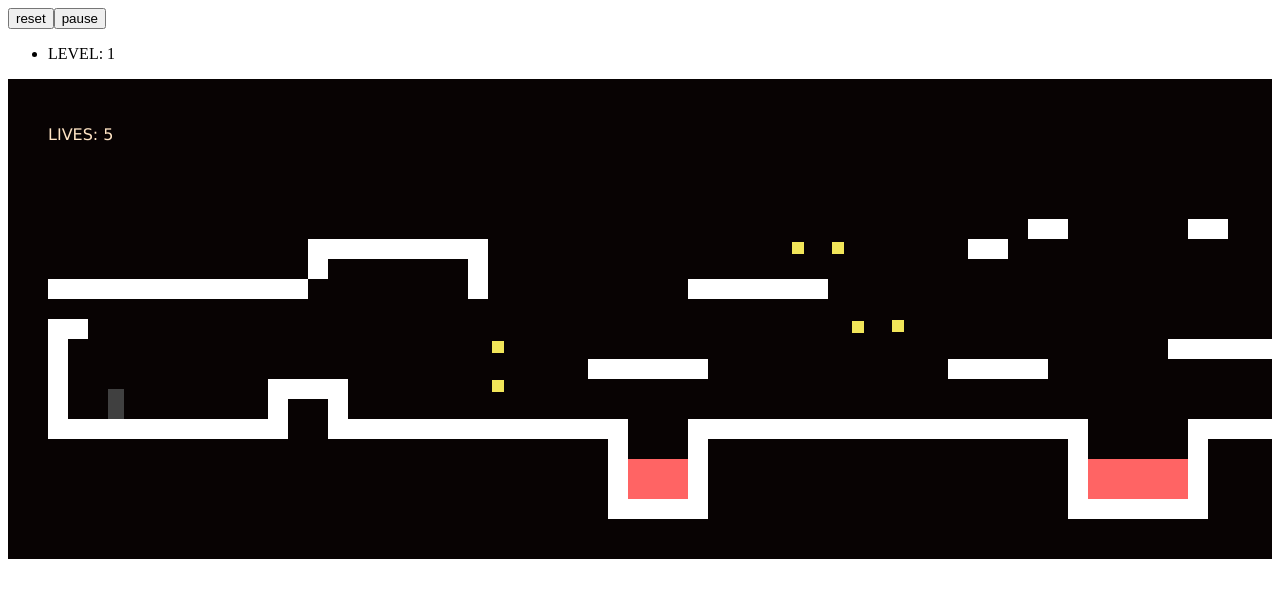
Repository: luccas-teddy/examenlucas
Page: index.html
An editor plug-in stored every save of this project. The page is shown before and after the next save, followed by the edit.
The browser window is 1280 px wide. The pictures show the whole page.

Above is the page before, as saved 2021-02-11 22:53:03.

### index.html
<!doctype html>
<table>
<tr>
  <button id="reset" class="gamebutton" onclick="this.blur();">reset</button>
  <button id="pause" class="gamebutton" onclick="this.blur();">pause</button>
</tr>


<ul>
  <li id="lives" class="statss">LIVES: 5</li>
  <li id="level" class="stats">LEVEL: 1</li>
</ul>
</table>


<script src="code/chapter/16_game.js"></script>
<script src="code/levels.js"></script>

<link rel="stylesheet" href="css/game.css">

<body>
  <script>
    runGame(GAME_LEVELS, DOMDisplay);
  </script>
</body>

### code/levels.js
var GAME_LEVELS = [`
................................................................................
................................................................................
................................................................................
................................................................................
................................................................................
................................................................................
..................................................................###...........
...................................................##......##....##+##..........
...............#########...............o.o......##...............#+++#..........
...............#.......#.........................................##+##..........
..#############........#..........#######.........................#v#...........
............................................................................##..
..##......................................o.o................................#..
..#.....................o.................................######.............#..
..#..........................######............#####.....................o.#..
..#..........####.......o....................................................#..
..#..@.......#..#................................................#####.......#..
..############..###############...####################.....#######...#########..
..............................#...#..................#.....#....................
..............................#+++#..................#+++++#....................
..............................#+++#..................#+++++#....................
..............................#####..................#######....................
................................................................................
................................................................................
`,`
................................................................................
................................................................................
....###############################.............................................
...##.............................##########################################....
...#.......................................................................##...
...#....o...................................................................#...
...#................................................=.......................#...
...#.o........################...................o..o...........|........o..#...
...#.........................#..............................................#...
...#....o....................##########.....###################....##########...
...#..................................#+++++#.................#....#............
...###############....oo......=o.o.o..#######.###############.#....#............
.....#...............o..o.............#.......#......#........#....#............
.....#....................#############..######.####.#.########....########.....
.....#.............########..............#...........#.#..................#.....
.....#..........####......####...#####################.#..................#.....
.....#........###............###.......................########....########.....
.....#.......##................#########################......#....#............
.....#.......#................................................#....#............
.....###......................................................#....#............
.......#...............o...........................................#............
.......#...............................................o...........#............
.......#########......###.....############.........................##...........
.............#..................#........#####....#######.o.........########....
.............#++++++++++++++++++#............#....#.....#..................#....
.............#++++++++++++++++++#..........###....###...####.o.............#....
.............####################..........#........#......#.....|.........#....
...........................................#++++++++#......####............#....
...........................................#++++++++#.........#........@...#....
...........................................#++++++++#.........##############....
...........................................##########...........................
................................................................................
`,`
......................................#++#........................#######....................................#+#..
......................................#++#.....................####.....####.................................#+#..
......................................#++##########...........##...........##................................#+#..
......................................##++++++++++##.........##.............##...............................#+#..
.......................................##########++#.........#....................................o...o...o..#+#..
................................................##+#.........#.....o...o....................................##+#..
.................................................#+#.........#................................###############++#..
.................................................#v#.........#.....#...#........................++++++++++++++##..
.............................................................##..|...|...|..##............#####################...
..............................................................##+++++++++++##............v........................
...............................................................####+++++####......................................
...............................................#.....#............#######........###.........###..................
...............................................#.....#...........................#.#.........#.#..................
...............................................#.....#.............................#.........#....................
...............................................#.....#.............................##........#....................
...............................................##....#.............................#.........#....................
...............................................#.....#......o..o.....#...#.........#.........#....................
...............#######........###...###........#.....#...............#...#.........#.........#....................
..............##.....##.........#...#..........#.....#.....######....#...#...#########.......#....................
.............##.......##........#.o.#..........#....##...............#...#...#...............#....................
.....@.......#.........#........#...#..........#.....#...............#...#...#...............#....................
....###......#.........#........#...#..........#.....#...............#...#####...######......#....................
....#.#......#.........#.......##.o.##.........#.....#...............#.....o.....#.#.........#....................
++++#.#++++++#.........#++++++##.....##++++++++##....#++++++++++.....#.....=.....#.#.........#....................
++++#.#++++++#.........#+++++##.......##########.....#+++++++##+.....#############.##..o.o..##....................
++++#.#++++++#.........#+++++#....o.................##++++++##.+....................##.....##.....................
++++#.#++++++#.........#+++++#.....................##++++++##..+.....................#######......................
++++#.#++++++#.........#+++++##.......##############++++++##...+..................................................
++++#.#++++++#.........#++++++#########++++++++++++++++++##....+..................................................
++++#.#++++++#.........#++++++++++++++++++++++++++++++++##.....+..................................................
`,`
..............................................................................................................
..............................................................................................................
........................................o.....................................................................
..............................................................................................................
........................................#.....................................................................
........................................#.....................................................................
........................................#.....................................................................
........................................#.....................................................................
.......................................###....................................................................
.......................................#.#.................+++........+++..###................................
.......................................#.#.................+#+........+#+.....................................
.....................................###.###................#..........#......................................
......................................#...#.................#...oooo...#.......###............................
......................................#...#.................#..........#......#+++#...........................
......................................#...#.................############.......###............................
.....................................##...##......#...#......#................................................
......................................#...#########...########..............#.#...............................
......................................#...#...........#....................#+++#..............................
......................................#...#...........#.....................###...............................
.....................................##...##..........#.......................................................
......................................#...#=.=.=.=....#............###........................................
......................................#...#...........#...........#+++#.......................................
......................................#...#....=.=.=.=#.....o......###.......###..............................
.....................................##...##..........#.....................#+++#.............................
..............................o...o...#...#...........#.....#................##v........###...................
......................................#...#...........#..............#.................#+++#..................
.............................###.###.###.###.....o.o..#++++++++++++++#...................v#...................
.............................#.###.#.#.###.#..........#++++++++++++++#........................................
.............................#.............#...#######################........................................
.............................##...........##.........................................###......................
..###.........................#.....#.....#.........................................#+++#................###..
..#.#.........................#....###....#..........................................###.................#.#..
..#...........................#....###....#######........................#####.............................#..
..#...........................#...........#..............................#...#.............................#..
..#...........................##..........#..............................#.#.#.............................#..
..#.......................................#.......|####|....|####|.....###.###.............................#..
..#................###.............o.o....#..............................#.........###.....................#..
..#...............#####.......##..........#.............................###.......#+++#..........#.........#..
..#...............o###o.......#....###....#.............................#.#........###..........###........#..
..#................###........#############..#.oo.#....#.oo.#....#.oo..##.##....................###........#..
..#......@..........#.........#...........#++#....#++++#....#++++#....##...##....................#.........#..
..#############################...........#############################.....################################..
..............................................................................................................
..............................................................................................................
`,`
..................................................................................................###.#.......
......................................................................................................#.......
..................................................................................................#####.......
..................................................................................................#...........
..................................................................................................#.###.......
..........................o.......................................................................#.#.#.......
.............................................................................................o.o.o###.#.......
...................###................................................................................#.......
.......+..o..+................................................#####.#####.#####.#####.#####.#####.#####.......
.......#.....#................................................#...#.#...#.#...#.#...#.#...#.#...#.#...........
.......#=.o..#............#...................................###.#.###.#.###.#.###.#.###.#.###.#.#####.......
.......#.....#..................................................#.#...#.#...#.#...#.#...#.#...#.#.....#.......
.......+..o..+............o..................................####.#####.#####.#####.#####.#####.#######.......
..............................................................................................................
..........o..............###..............................##..................................................
..............................................................................................................
..............................................................................................................
......................................................##......................................................
...................###.........###............................................................................
..............................................................................................................
..........................o.....................................................#......#......................
..........................................................##.....##...........................................
.............###.........###.........###.................................#..................#.................
..............................................................................................................
.................................................................||...........................................
..###########.................................................................................................
..#.........#.o.#########.o.#########.o.##................................................#...................
..#.........#...#.......#...#.......#...#.................||..................#.....#.........................
..#..@......#####...o...#####...o...#####.....................................................................
..#######.....................................#####.......##.....##.....###...................................
........#=..................=................=#...#.....................###...................................
........#######################################...#+++++++++++++++++++++###+++++++++++++++++++++++++++++++++++
..................................................############################################################
..............................................................................................................
`];

if (typeof module != "undefined" && module.exports && (typeof window == "undefined" || window.exports != exports))
  module.exports = GAME_LEVELS;
if (typeof global != "undefined" && !global.GAME_LEVELS)
  global.GAME_LEVELS = GAME_LEVELS;
async function runGame(plans, Display) {
  for (let level = 0; level < plans.length;) {
    let status = await runLevel(new Level(plans[level]),
                                Display);
    if (status == "won") level++;
  }
  console.log("You've won!");
}

async function runGame(plans, Display)
{
  this.lives = 5;
  document.getElementById("reset").addEventListener("click", () => { document.location.reload(); })
  document.getElementById("pause").addEventListener("click", () => { this.paused; })
  this.livesView = document.getElementById("lives");
  this.levelView = document.getElementById("level");

  for (let level = 0; level < plans.length && lives > 0;)
  {
    let status = await runLevel(new Level(plans[level]),
      Display);
    if (status == "won")
    {
      level++;
      this.levelView.innerHTML = "LEVEL: " + `${ level + 1 }`;
    }
    else
    {
      lives--;
      this.livesView.innerHTML = "LIVES: " + this.lives;
    }

  }
  if (lives > 0)
  {
    console.log("You've won!");
    document.location.reload();
    document.write();

  }
  else
  {
    console.log("Perdiste!");
    document.location.reload();
  }
}

### css/game.css
.background    { background-color:rgb(8, 3, 3)
}

 .background     {background :rgb (55, 167, 250)
                  background-image url(bosque.jpg);
                  background-repeat :no-repeat;
                  background-size: cover ;
                   table-layout: fixed;
                   border-spacing:  0;   }

.background td   { padding: 0;   }
.lava            { background: rgb(255, 100, 100); }
.wall            { background: rgb(255, 255, 255);   }

.actor  { position: absolute;  }

.coin   { background: rgb(241, 229, 89); }
.player { background: rgb(64, 64, 64); }

.game {
  overflow: hidden;
  max-width: 1500px;
  max-height: 820px;
  position: relative;
}

.lost .player {
  background: rgb(160, 64, 64);
}
.won .player {
  box-shadow: -4px -7px 8px white, 4px -7px 8px white;
}
stats{
     list-style-type: none;
  font-family: "Lucida Sans", "Lucida Sans Regular", "Lucida Grande",
    "Lucida Sans Unicode", Geneva, Verdana, sans-serif;
  text-transform: uppercase;
  color: rgb(196, 200, 255);
  z-index: 10;
  position: absolute;
  text-align: left;
  margin-top: 40px;
}
.statss{
   list-style-type: none;
  font-family: "Lucida Sans", "Lucida Sans Regular", "Lucida Grande",
    "Lucida Sans Unicode", Geneva, Verdana, sans-serif;
  text-transform: uppercase;
  color: bisque;
  z-index: 10;
  position: absolute;
  text-align: left;
  margin-top: 80px;
}

Loaded but not shown: code/chapter/16_game.js (359 lines, source omitted)

After the next save:
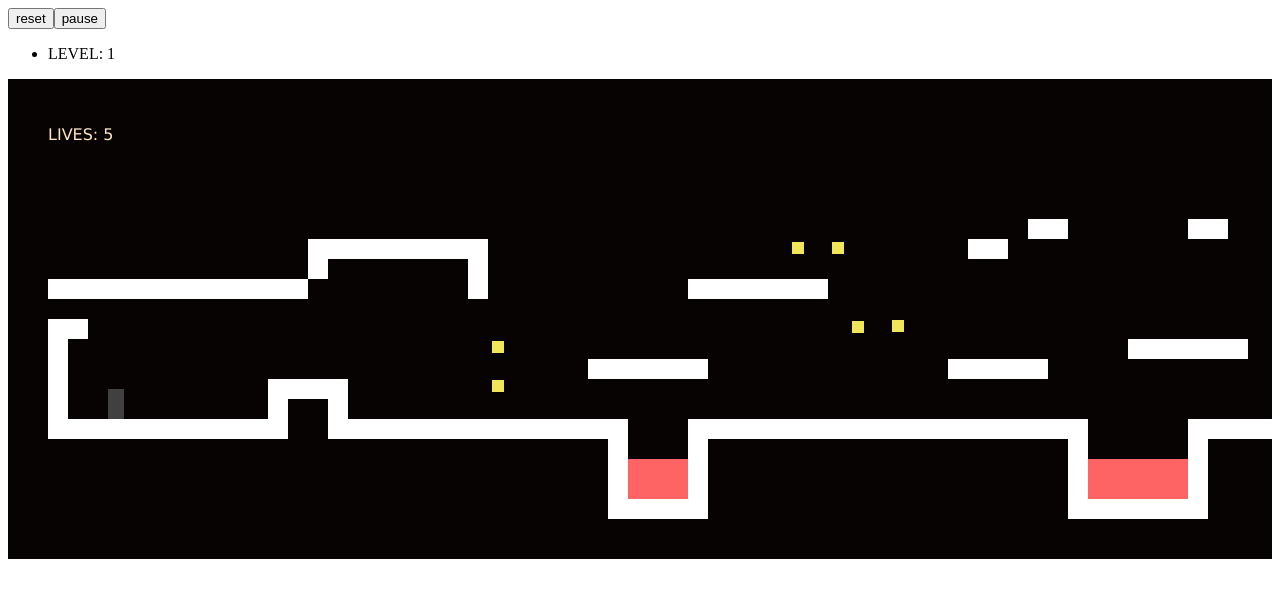
Saved 73 s later.
--- a/code/levels.js
+++ b/code/levels.js
@@ -12,7 +12,7 @@ var GAME_LEVELS = [`
 ..#############........#..........#######.........................#v#...........
 ............................................................................##..
 ..##......................................o.o................................#..
-..#.....................o.................................######.............#..
+..#.....................o...............................######.............#....
 ..#..........................######............#####.....................o.#..
 ..#..........####.......o....................................................#..
 ..#..@.......#..#................................................#####.......#..
